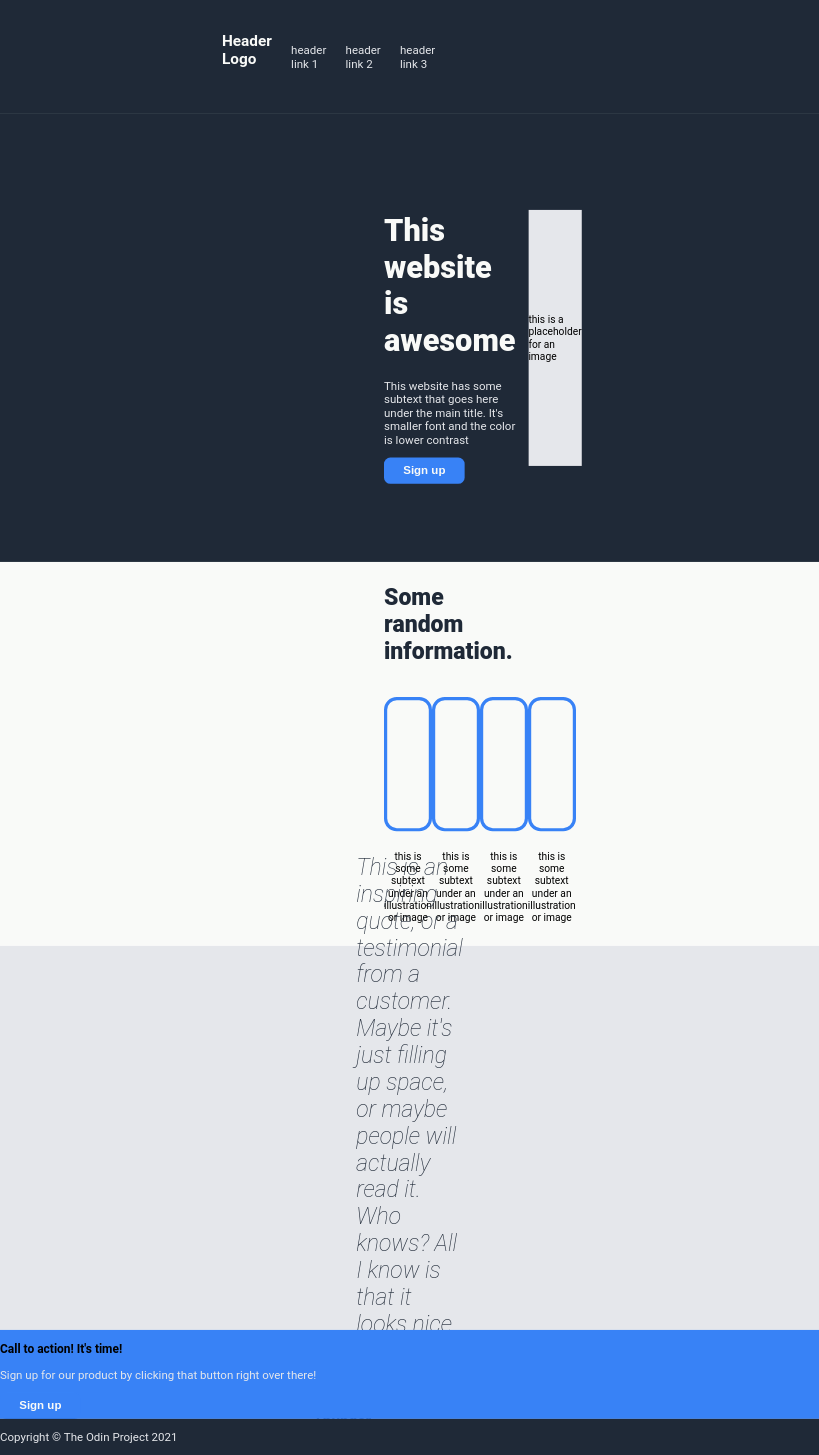
Repository: rsoetydev/landing-page
Page: index.html
An editor plug-in stored every save of this project. The page is shown before and after the next save, followed by the edit.
The browser window is 1280 px wide. The pictures show the whole page, at 64% of full size.

Above is the page before, as saved 2023-11-28 10:44:04.

### index.html
<!DOCTYPE html>
<html lang="en">
<head>
    <meta charset="UTF-8">
    <meta name="viewport" content="width=device-width, initial-scale=1.0">
    <title>Landing Page</title>
    <link rel="stylesheet" href="style.css">
</head>
<body>
    <div class="header">
        <h2 class="header-logo">Header Logo</h2>
        <p class="link-1">header link 1 </p>
        <p class="link-2">header link 2</p>
        <p class="link-3"> header link 3</p>
    </div>

    <div class="hero">
        <div class="hero-text">
            <h1 class="hero-title">This website is awesome</h1>
            <p class="hero-subtext">This website has some subtext that goes here under the main title. It's smaller font and the color is lower contrast</p>
            <button class="sign-up">Sign up</button>
        </div>
        <div class="hero-image-cont">
            this is a placeholder for an image
        </div>
    </div>

    <div class="info">
        <h2 class="info-title">Some random information.</h2>
        <div class="item-cont">
            <div class="item">
                <div class="item-pic"></div>
                <div class="item-text">this is some subtext under an illustration or image</div>
            </div>
            <div class="item">
                <div class="item-pic"></div>
                <div class="item-text">this is some subtext under an illustration or image</div>
            </div>
            <div class="item">
                <div class="item-pic"></div>
                <div class="item-text">this is some subtext under an illustration or image</div>
            </div>
            <div class="item">
                <div class="item-pic"></div>
                <div class="item-text">this is some subtext under an illustration or image</div>
            </div>
        </div>
    </div>

    <div class="quote">
        <p class="quote-text">
            This is an inspiring quote, or a testimonial from a customer. Maybe it's just filling up space, or maybe people will actually read it. Who knows? All I know is that it looks nice.
        </p>
        <p class="quote-author">-Thor, God of Thunder</p>
    </div>

    <div class="c2a">
        <div class="c2a-sub">
            <div class="c2a-text-container">
                <h3>Call to action! It's time!</h3>
                <p class="c2a-text">Sign up for our product by clicking that button right over there!</p>
            </div>
            <button class="c2a-sign-up">Sign up</button>
        </div>
    </div>

    <div class="footer">
        <p class="copyright">Copyright © The Odin Project 2021</p>
    </div>

</body>
</html>

### style.css


:root {
    --dark: #1F2937;
    --gray: #E5E7EB;
    --white: #F9FAF8;
    --blue: #3882F6;

    font-family: 'Roboto', arial;
}

body{
    background-color:var(--white);
    padding: 0;
    margin: 0;
    display: flex;
    flex-direction: column;
}

h1{
    font-size:48px;
    font-weight:900;
    color: var(--white);
}

p{
    color: var(--gray);
    font-size: 18px;
}

h2{
    color: var(--white);
    font-size: 24px;
    font: weight 600px;
    padding:0px;
    margin: 0px;
}

.info-title {
    font-size: 36px;
    color:var(--dark);
    font-weight: 900;
}

.quote-text {
    font-size: 36px;
    font-style: italic;
    font-weight: 200;
    color:var(--dark);
}

button{
    background-color: var(--blue);
    color:var(--white);
    font-size: 18px;
    font-weight: 600;
    padding: 10px 30px;
    border: none;
    border-radius: 10px;
}

.header{
    display:flex;
    background-color: var(--dark);
    justify-content: flex-end;
    gap:30px;
    padding: 50px 600px;
}

.header-logo{
    flex: 1;
}

.hero{
    display:flex;
    background-color: var(--dark);
    padding: 0px 600px;
    height: 700px;
    justify-content:space-between;
    align-items: center;
    gap: 20px;
}

.hero-image-cont{
    background-color:var(--gray);
    display:flex;
    justify-content: center;
    align-items: center;
    width: 800px;
    height: 400px;
}

.info-title{
    text-align: center;
    padding: 0 0 50px 0;
}

.info{
    display: flex;
    flex-direction: column;
    justify-content: center;
    height: 600px;
    padding: 0 600px;
}

.item-cont{
    display:flex;
    justify-content: space-evenly;
}

.item{
    display:flex;
    flex-direction: column;
    width: 200px;
    gap: 30px;
}

.item-pic{
    height:200px;
    flex-grow: 1;
    border-style: solid;
    border-color: var(--blue);
    border-radius: 20px;
    border-width: 5px;
}

.item-text{
    text-align: center;
}

.quote{
    background-color: var(--gray);
    height: 600px;
    display:flex;
    flex-direction: column;
    padding: 0px 600px;
    justify-content: center;
    align-items: center;

}

.quote-author{
    color:var(--dark);
    font-weight: 600;
    font-size: 24px;
    align-self: flex-end;
    padding-right: 100px;
}

.c2a{
    background-color: var(--blue);
    display: flex;
    justify-content: space-between;
}

.footer{
    background-color: var(--dark);
}

After the next save:
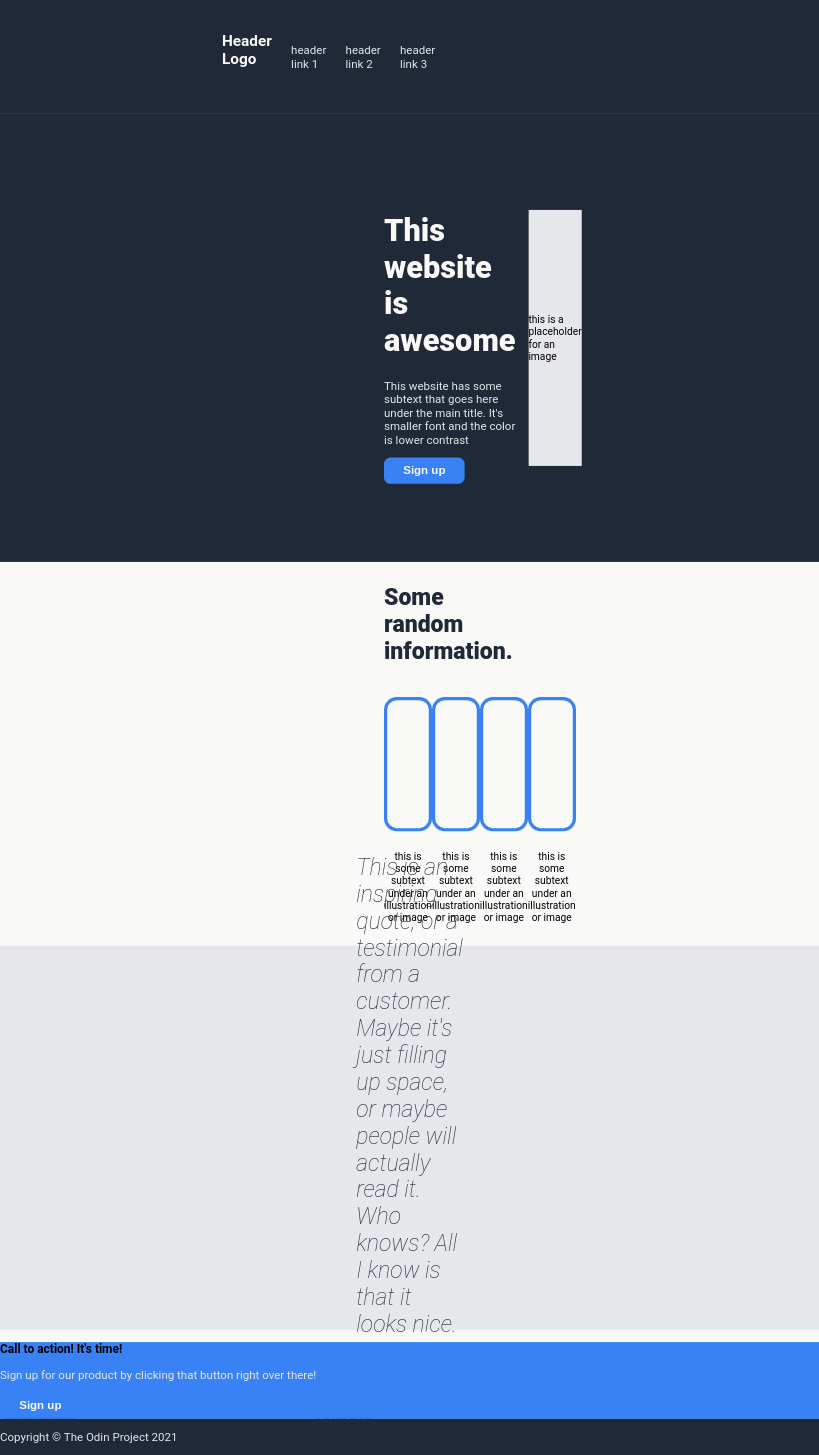
Saved 40 s later.
--- a/style.css
+++ b/style.css
@@ -148,9 +148,12 @@ button{
 }
 
 .c2a{
-    background-color: var(--blue);
-    display: flex;
-    justify-content: space-between;
+
+}
+
+.c2a-sub{
+    background-color:var(--blue);
+
 }
 
 .footer{
